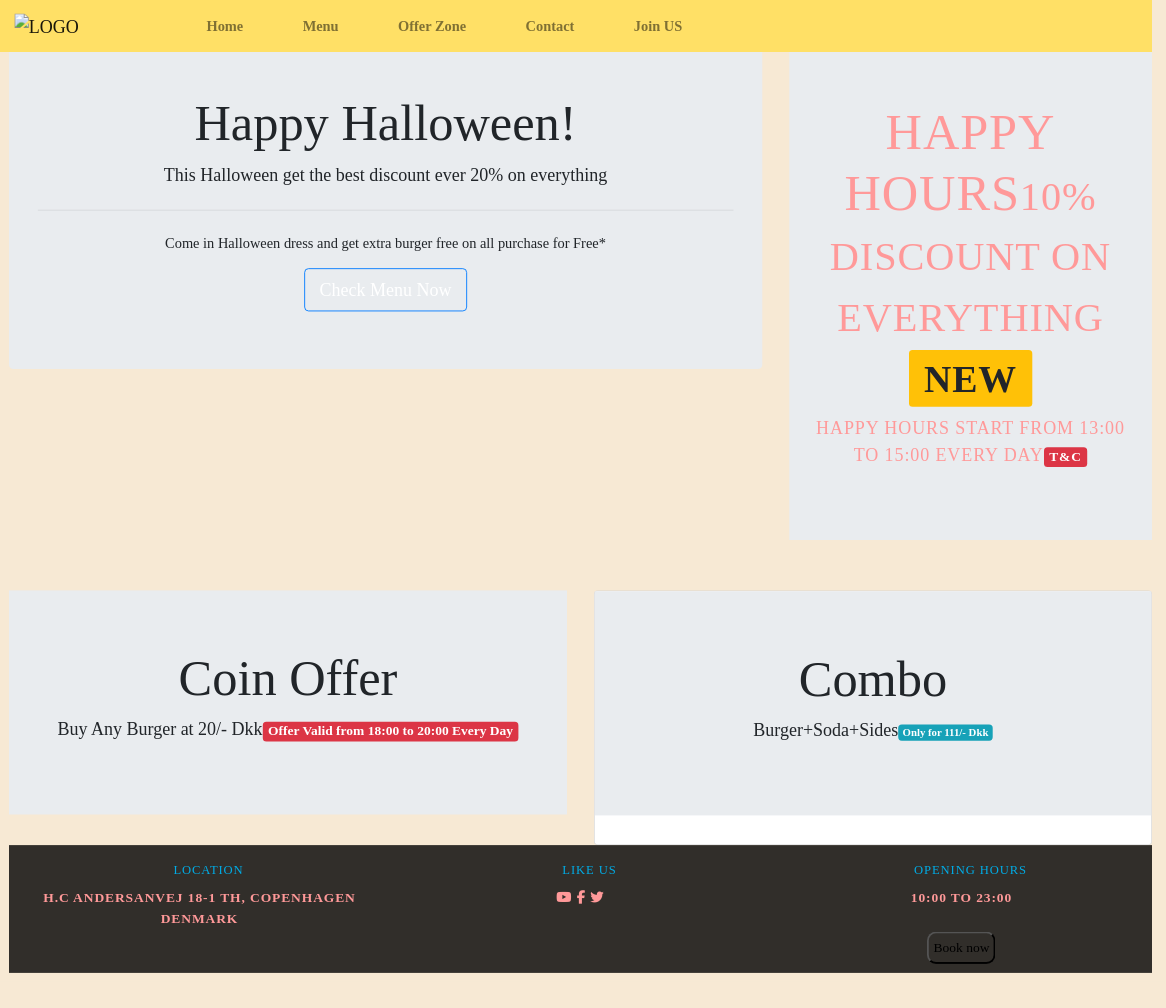
Repository: HMTRIVEDI/project-one
Page: offerzone.html
The author's editor kept a record of every edit. The page is drawn from the files as they stood at one moment, then again after the next edit.
The browser window is 1280 px wide. The page is 1295 px wide, so the pictures cover 1295 px, including what lies to the right of the window. The pictures show the whole page, at 90% of full size.
Some web fonts or font styles are not loaded; a fallback is used. Some web libraries are served in a nearby version.

Above is the page before.

After the next edit:
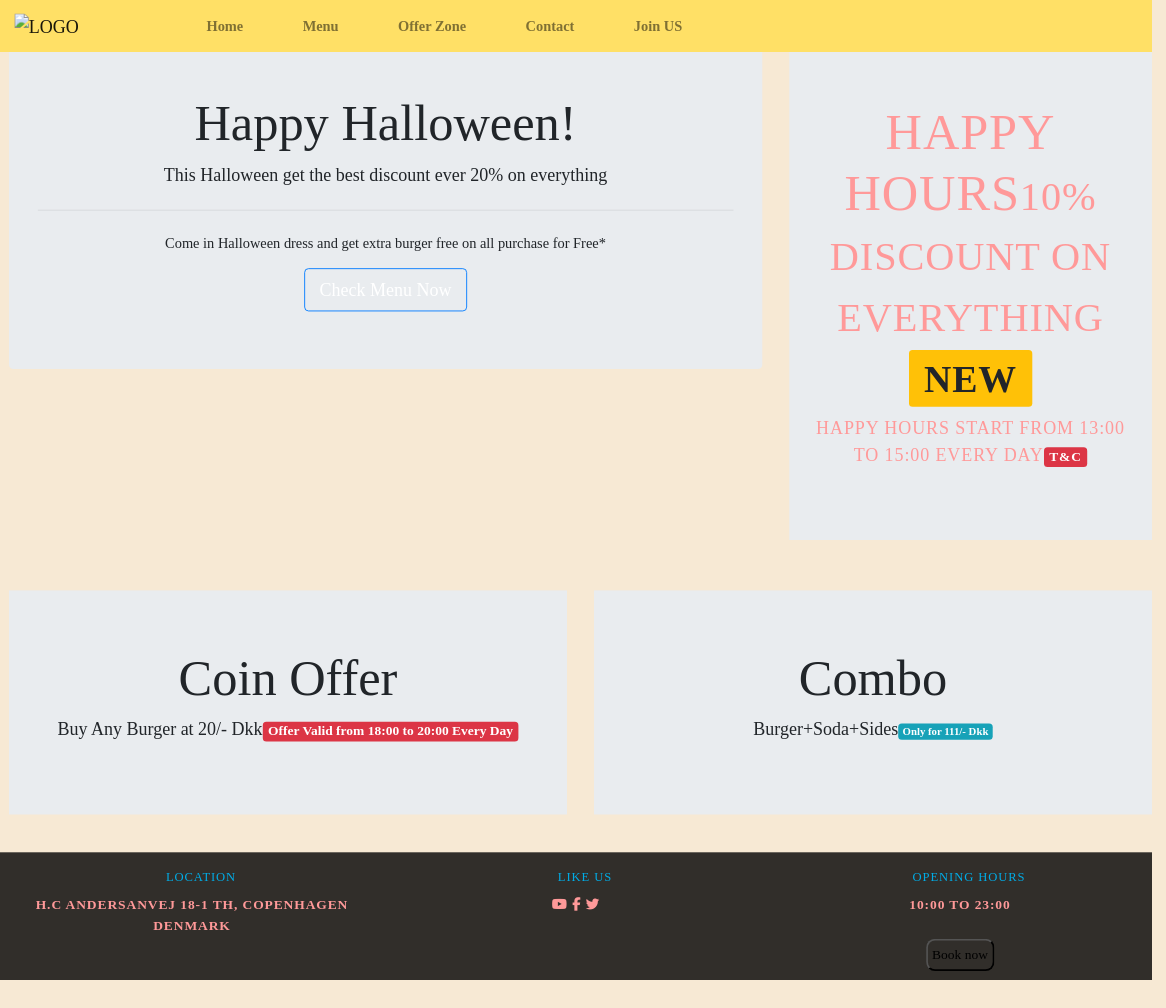
The edit:
--- a/offerzone.html
+++ b/offerzone.html
@@ -81,13 +81,12 @@
         </div>
       </div>
       <div class="col-sm-6">
-        <div class="card">
-          <div class="jumbotron jumbotron-fluid">
-            <div class="container">
-              <h1 class="display-4">Combo</h1>
-              <p class="lead">Burger+Soda+Sides<small><span class="badge badge-info">Only for 111/- Dkk </span></small></p>
-            </div>
+        <div class="jumbotron jumbotron-fluid">
+          <div class="container">
+            <h1 class="display-4">Combo</h1>
+            <p class="lead">Burger+Soda+Sides<small><span class="badge badge-info">Only for 111/- Dkk </span></small></p>
           </div>
+        </div>
       </div>
     </div>
   </div>
